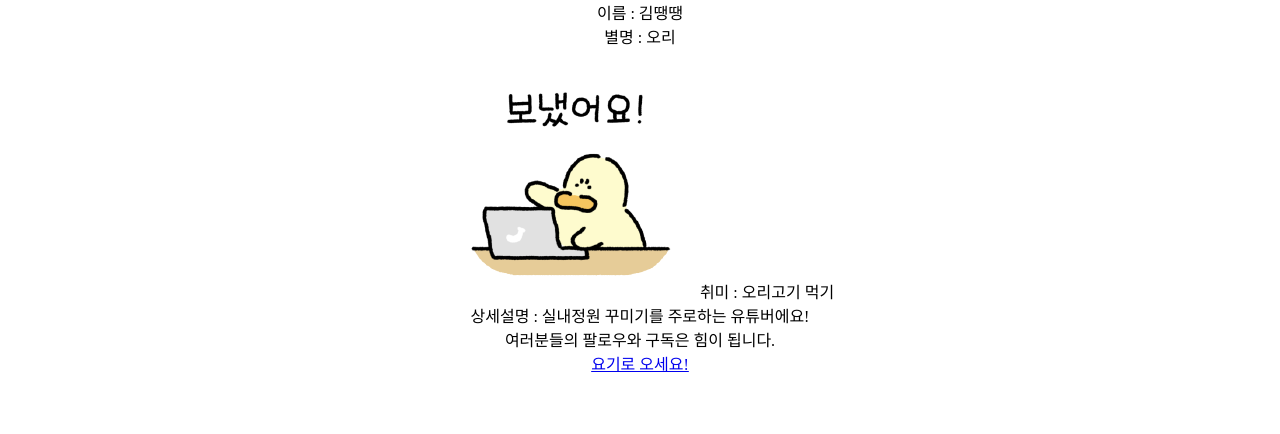
Repository: pauljerricho/MES
Page: http://localhost/SpringBoard/WEB-INF/views/follow.jsp
The author's editor kept a copy of each file at every save. The page is drawn from the files as they stood at one save, then again after the next save.
The browser window is 1280 px wide. The pictures show the whole page.
The page is served by Tomcat 9. Nobody is signed in. Other server files are loaded and not shown. The template is opened directly, without the code that normally fills it, so the values that code supplies are empty.

Above is the page before, as saved 2022-03-14 00:43:17.

### gozip/SpringBoard/src/main/webapp/WEB-INF/views/follow.jsp
<%@ page language="java" contentType="text/html; charset=UTF-8"
    pageEncoding="UTF-8"%>
<!DOCTYPE html>
<html>
<head>
<meta charset="UTF-8">
<title>고집 쎈 친구들을 만나보세요.</title>
</head>
<style>
*{
margin: 0 auto;
padding: 0px;
text-align: center;
}
img {
	margin: 10px;
	padding: 10px;
}
</style>
<body>
이름 : 김땡땡<br>
별명 : 오리<br>
<img alt="" src="/img/img4_01.png">
취미 : 오리고기 먹기<br>
상세설명 : 실내정원 꾸미기를 주로하는 유튜버에요!<br>
여러분들의 팔로우와 구독은 힘이 됩니다.<br>
<a href="https://youtu.be/LtL9BTobcBc">요기로 오세요!</a><br>

</body>
</html>

After the next save:
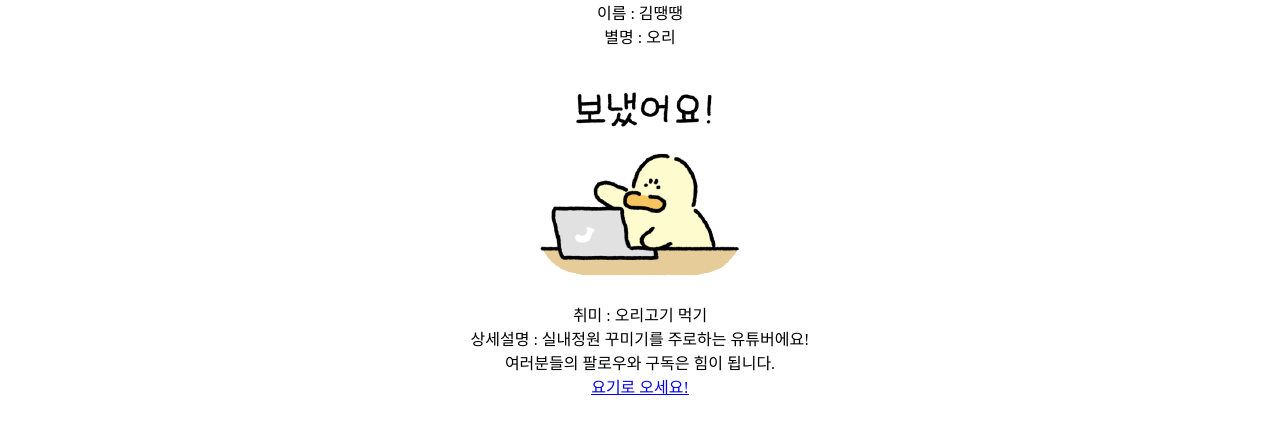
Saved 10 s later.
--- a/gozip/SpringBoard/src/main/webapp/WEB-INF/views/follow.jsp
+++ b/gozip/SpringBoard/src/main/webapp/WEB-INF/views/follow.jsp
@@ -20,7 +20,7 @@
 <body>
 이름 : 김땡땡<br>
 별명 : 오리<br>
-<img alt="" src="/img/img4_01.png">
+<img alt="" src="/img/img4_01.png"><br>
 취미 : 오리고기 먹기<br>
 상세설명 : 실내정원 꾸미기를 주로하는 유튜버에요!<br>
 여러분들의 팔로우와 구독은 힘이 됩니다.<br>
